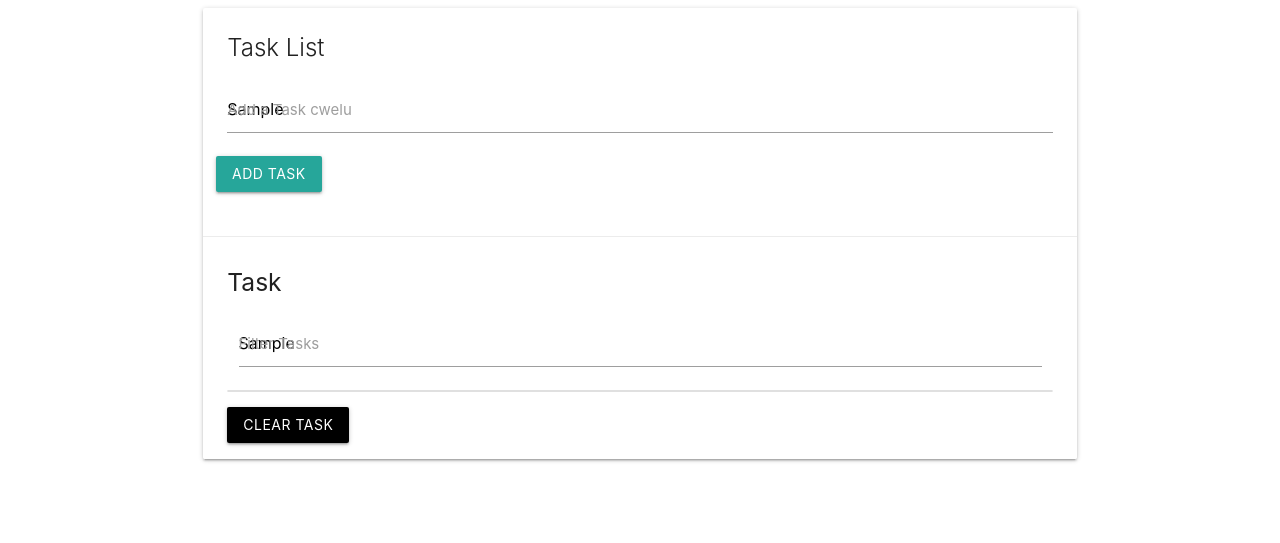
Repository: Carboplatin/TaskListVol2
Page: index.html
The author's editor kept a copy of each file at every save. The page is drawn from the files as they stood at one save, then again after the next save.
The browser window is 1280 px wide. The pictures show the whole page.
Empty fields were first filled with sample values (such as "Sample", 5 or name@example.com).
After loading, the first visible `#task-form` was submitted once.

Above is the page before, as saved 2019-06-26 21:01:12.

### index.html
<!DOCTYPE html>
<html lang="en">
<head>
  <meta charset="UTF-8">
  <meta name="viewport" content="width=device-width, initial-scale=1.0">
  <meta http-equiv="X-UA-Compatible" content="ie=edge">
  <link rel="stylesheet" href="https://cdnjs.cloudflare.com/ajax/libs/materialize/1.0.0/css/materialize.min.css">
  <link href="https://stackpath.bootstrapcdn.com/font-awesome/4.7.0/css/font-awesome.min.css" rel="stylesheet" integrity="sha384-wvfXpqpZZVQGK6TAh5PVlGOfQNHSoD2xbE+QkPxCAFlNEevoEH3Sl0sibVcOQVnN" crossorigin="anonymous">
  <title>Task List version2</title>
</head>
<body>
  <div class="container">
    <div class="row">
      <div class="col s12">
        <div id="main" class="card">
          <div class="card-content">
            <span class="card-title">Task List</span>
            <div class="row">
              <form id="task-form">
                <div class="input-field col s12">
                  <input type="text" name="task" id="task">
                  <label for="task">Add a Task cwelu</label>
                </div>
                <input type="submit" value="Add task" class="btn">
              </form>
            </div>
          </div>
          <div class="card-action">
            <h5 id="task-title">Task</h5>
            <div class="input-field col s12">
              <input type="text" name="filter" id="filter">
              <label for="filter">Filter Tasks</label>
            </div>
            <ul class="collection"></ul>
            <a href="#" class="clear-task btn black">Clear task</a>
          </div>
        </div>
      </div>
    </div>
  </div>

  <script
  src="https://code.jquery.com/jquery-3.4.1.js"
  integrity="sha256-WpOohJOqMqqyKL9FccASB9O0KwACQJpFTUBLTYOVvVU="
  crossorigin="anonymous"></script>
  <script src="https://cdnjs.cloudflare.com/ajax/libs/materialize/1.0.0/js/materialize.min.js"></script>
  <!-- script tag for our app js file -->
  <script src="app.js"></script>

</body>
</html>

### app.js
// Define UI variables that we gonna need
const form = document.querySelector('#task-form');
const taskList = document.querySelector('.collection');
const clearBtn = document.querySelector('.clear-task');
const filter = document.querySelector('#filter');
const taskInput = document.querySelector('#task');

// function to load all event listieners
loadEventListeners();

//load all event listieners
function loadEventListeners() {
  //add task form
  form.addEventListener('submit' , addTask);
}

//add task funtion from  the form above
function addTask(e) { // e stands for event object ( event handler )
// we need to make sure there is a value in our box so we put if() statement
  if(taskInput.value === ''){
    alert('Add a task'); //if there is nothing inputed to our task box we display message(alert) add a task
  }

  // create li element where we put our tasks
  const li = document.createElement('li');
  //add class
  li.className = 'collection-item' // to make it look good we add class name for collection item for each element
  // create text node and append to li
  li.appendChild(document.createTextNode(taskInput.value));

  // create new link element
  const link = document.createElement('a');
  //add class
  link.className = 'delete-item secondary-content';
  //add icon html
  link.innerHTML = '<i class= "fa fa-remove"></i>';
  // append the link to li
  li.appendChild(link);
  // append li to ul
  console.log(li);

e.preventDefault(); //prevent default behaviour of the function from happening
}

After the next save:
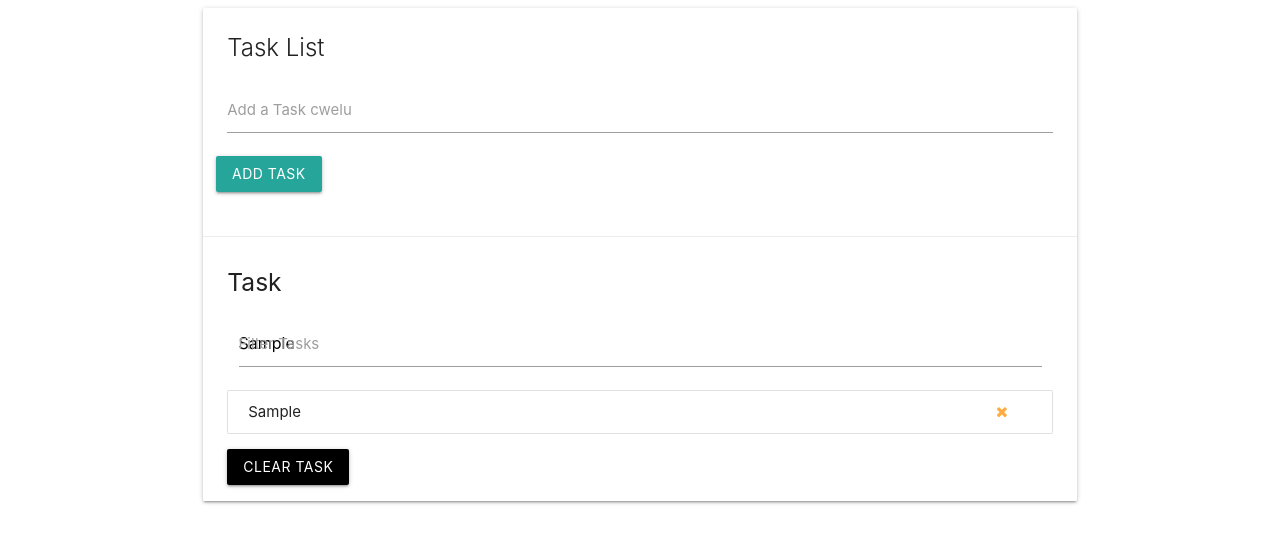
Saved 105 s later.
--- a/app.js
+++ b/app.js
@@ -37,7 +37,10 @@ function addTask(e) { // e stands for event object ( event handler )
   // append the link to li
   li.appendChild(link);
   // append li to ul
-  console.log(li);
+  taskList.appendChild(li);
+
+  //clear the input
+  taskInput.value ='';
 
 e.preventDefault(); //prevent default behaviour of the function from happening
 }
